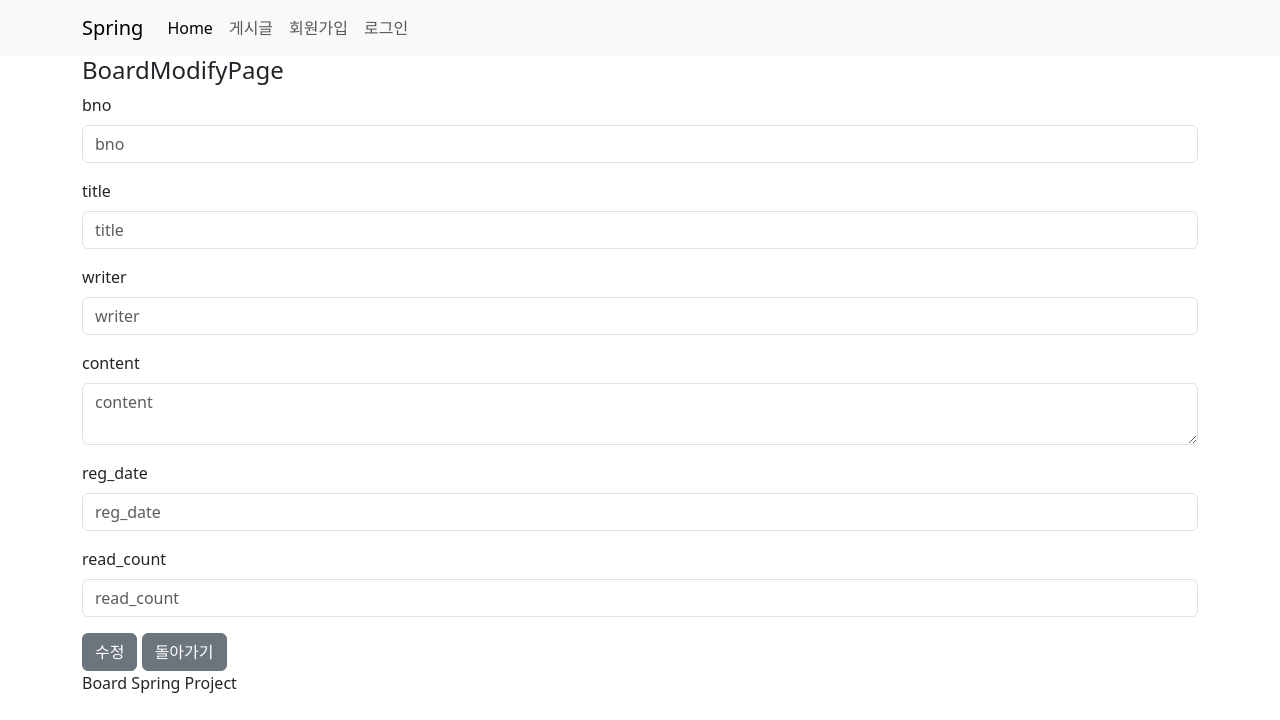
Repository: dasberaht/240430_SPRING_PROJECT
Page: http://localhost/spring_study/WEB-INF/views/board/modify.jsp
These files come from the project's save history. The page is drawn as it stood at one moment and after the next save; the edit follows.
The browser window is 1280 px wide. The pictures show the whole page.
The page is served by Tomcat 9. Nobody is signed in. The template is opened directly, without the code that normally fills it, so the values that code supplies are empty.

Above is the page before, as saved 2024-04-24 06:14:35.

After the next save:
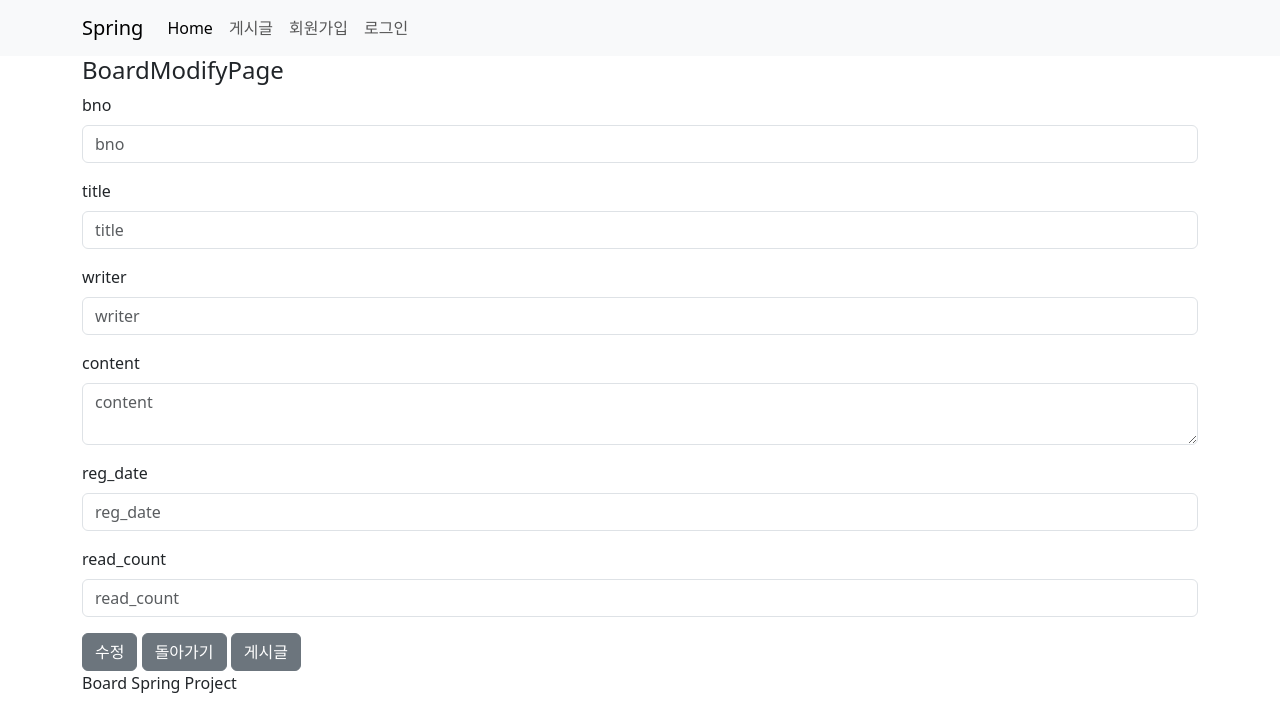
Saved 16 s later.
--- a/spring_study/src/main/webapp/WEB-INF/views/board/modify.jsp
+++ b/spring_study/src/main/webapp/WEB-INF/views/board/modify.jsp
@@ -34,6 +34,7 @@
 		</div>
 		<button type="submit" class="btn btn-secondary">수정</button>
 		<a href="/board/detail?bno=${bvo.bno }"><button type="button" class="btn btn-secondary">돌아가기</button></a>
+		<a href="/board/list"><button type="button" class="btn btn-secondary">게시글</button></a>
 	</div>
 	</form>
 </div>
